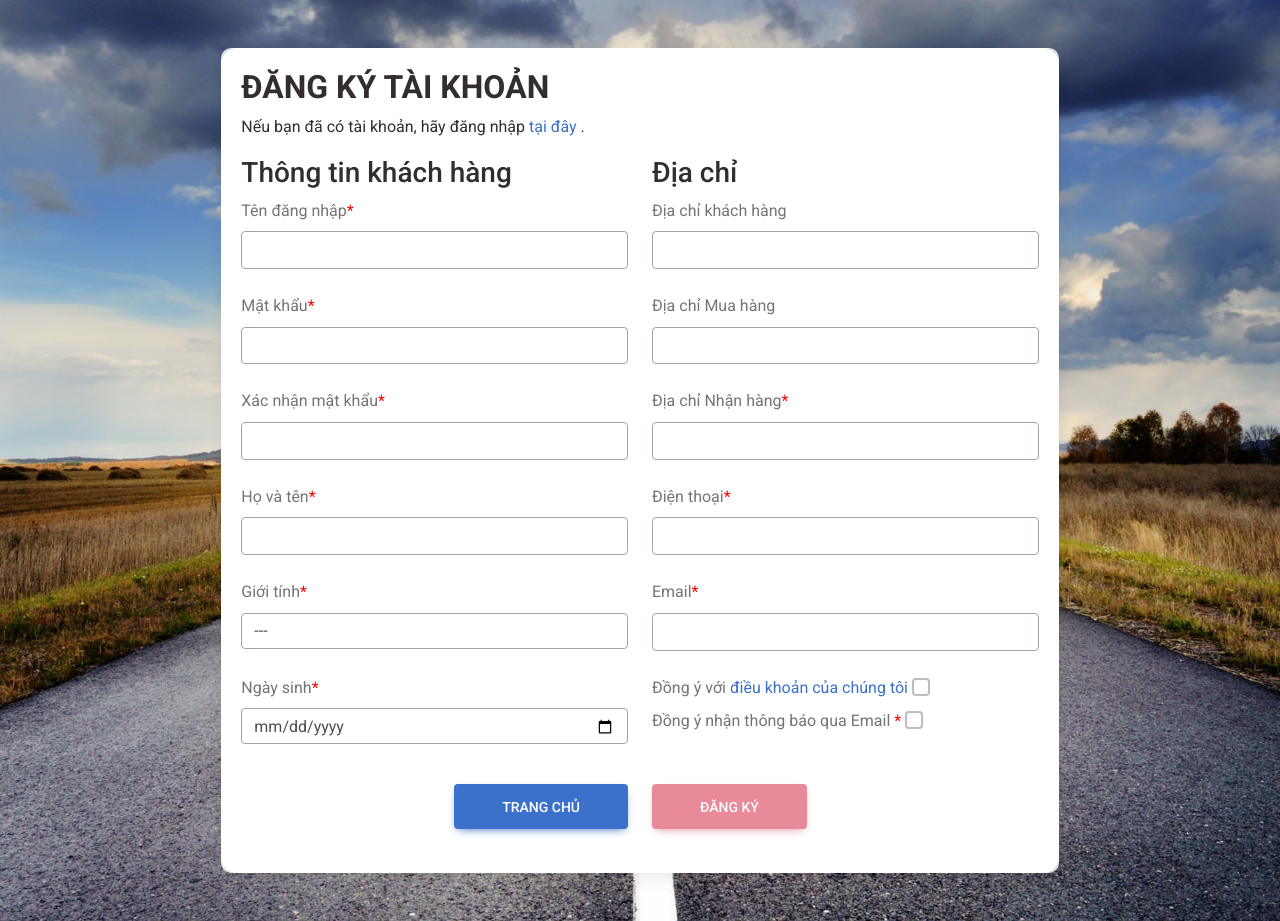
Repository: famtwendev/JSP_workspace
Page: http://localhost/Bai27_Bookstore14_Xacthuctaikhoan/KhachHang/dangky.jsp
The author's editor kept a copy of each file at every save. The page is drawn from the files as they stood at one save, then again after the next save.
The browser window is 1280 px wide. The pictures show the whole page.
The page is served by Tomcat 9. Other server files are loaded and not shown. The template is opened directly, without the code that normally fills it, so the values that code supplies are empty.

Above is the page before, as saved 2024-03-25 17:37:43.
Console error: SyntaxError: Cannot use import statement outside a module

### Bai27_Bookstore14_Xacthuctaikhoan/src/main/webapp/KhachHang/dangky.jsp
<%@page import="model.KhachHang"%>
<%@ page language="java" contentType="text/html; charset=UTF-8" pageEncoding="UTF-8"%>
<!DOCTYPE html>
<html>
<head>
<meta charset="UTF-8">
<meta name="viewport" content="width=device-width, initial-scale=1.0" shrink-to-fit=no">
<title>Thay đổi thông tin</title>

<!-- MDB icon -->
<link rel="icon" href="img/mdb-favicon.ico" type="image/x-icon" />
<!-- Font Awesome -->
<link rel="stylesheet"
	href="https://cdnjs.cloudflare.com/ajax/libs/font-awesome/6.0.0/css/all.min.css" />
<!-- Google Fonts Roboto -->
<link rel="stylesheet"
	href="https://fonts.googleapis.com/css2?family=Roboto:wght@300;400;500;700;900&display=swap" />
<%
String url = request.getScheme() + "://" + request.getServerName() + ":" + request.getServerPort()
		+ request.getContextPath();
%>
<!-- MAIN CSS -->
<link rel="stylesheet" href="<%=url%>/css/maincs.css">
<link rel="stylesheet" href="<%=url%>/css/mdb.min.css">

<%
// Thiết lập biến session để xác định rằng trang đã được chuyển hướng từ một trang khác
session.setAttribute("redirectedFromAnotherPage", true);
%>
</head>
<body>
	<%
	Object objKH = session.getAttribute("khachHang");
	KhachHang khachHang = null;
	if (objKH != null)
		khachHang = (KhachHang) objKH;
	if (khachHang != null) {
		response.sendRedirect("./index.jsp"); // Thay "index.jsp" bằng URL của trang chính
	} else {
	%>
	<!-- Section: Design Block -->
	<section>
		<%
		String e_email = request.getAttribute("e_email") + "";
		e_email = (e_email.equals("null")) ? "" : e_email;

		String e_emailFormat = request.getAttribute("e_emailFormat") + "";
		e_emailFormat = (e_emailFormat.equals("null")) ? "" : e_emailFormat;

		String e_tenDangNhap = request.getAttribute("e_tenDangNhap") + "";
		e_tenDangNhap = (e_tenDangNhap.equals("null")) ? "" : e_tenDangNhap;

		String e_matKhau = request.getAttribute("e_matKhau") + "";
		e_matKhau = (e_matKhau.equals("null")) ? "" : e_matKhau;

		String tenDangNhap = request.getAttribute("tenDangNhap") + "";
		tenDangNhap = (tenDangNhap.equals("null")) ? "" : tenDangNhap;

		String hoVaTen = request.getAttribute("hoVaTen") + "";
		hoVaTen = (hoVaTen.equals("null")) ? "" : hoVaTen;

		String gioiTinh = request.getAttribute("gioiTinh") + "";
		gioiTinh = (gioiTinh.equals("null")) ? "" : gioiTinh;

		String ngaySinh = request.getAttribute("ngaySinh") + "";
		ngaySinh = (ngaySinh.equals("null")) ? "" : ngaySinh;

		String diaChiKhachHang = request.getAttribute("diaChiKhachHang") + "";
		diaChiKhachHang = (diaChiKhachHang.equals("null")) ? "" : diaChiKhachHang;

		String diaChiMuaHang = request.getAttribute("diaChiMuaHang") + "";
		diaChiMuaHang = (diaChiMuaHang.equals("null")) ? "" : diaChiMuaHang;

		String diaChiNhanHang = request.getAttribute("diaChiNhanHang") + "";
		diaChiNhanHang = (diaChiNhanHang.equals("null")) ? "" : diaChiNhanHang;

		String dienThoai = request.getAttribute("dienThoai") + "";
		dienThoai = (dienThoai.equals("null")) ? "" : dienThoai;

		String email = request.getAttribute("email") + "";
		email = (email.equals("null")) ? "" : email;

		String dongYNhanEmail = request.getAttribute("dongYNhanEmail") + "";
		dongYNhanEmail = (dongYNhanEmail.equals("null")) ? "" : dongYNhanEmail;
		%>

		<!-- neu block thi dung <div class = "container py-4 vh-100">  -->
		<div class="card-body py-5 h-100">
			<div class="container-fluid d-flex justify-content-center align-items-center">
				<div class="col-12 col-md-8 col-lg-6 col-xl-8">
					<div class="card text-dark" style="border-radius: 1rem;">
						<form id="myForm" class="form needs-validation m-0" action="<%=url%>/khach-hang" method="post">
							<input type="hidden" name="hanhDong" value="dang-ky">
							<h2 class="fw-bold justify-content-center align-items-center">ĐĂNG KÝ TÀI KHOẢN</h2>
							<!-- 2 column grid layout with text inputs for the first and last names -->
							<p>
								Nếu bạn đã có tài khoản, hãy đăng nhập
								<a href="./dangnhap.jsp">tại đây</a>
								.
							</p>
							<div class="row">
								<div class="col-md-6 mb-4">
									<h3 class="mb-2">Thông tin khách hàng</h3>
									<div class="form-outline">
										<label for="tenDangNhap" class="form-label">Tên đăng nhập<span
											class="red">* <%=e_tenDangNhap%></span></label>
										<input type="text" class="form-control border border-secondary" id="tenDangNhap"
											name="tenDangNhap" required="required" value="<%=tenDangNhap%>">
									</div>
								</div>

								<div class="col-md-6 mb-4">
									<h3 class="mb-2">Địa chỉ</h3>
									<div class="form-outline">
										<label for="diaChiKhachHang" class="form-label">Địa chỉ khách hàng</label>
										<input type="text" class="form-control border border-secondary"
											id="diaChiKhachHang" name="diaChiKhachHang" value="<%=diaChiKhachHang%>">
									</div>
								</div>
							</div>


							<div class="row">
								<div class="col-md-6 mb-4">
									<div class="form-outline">
										<label for="matKhau" class="form-label">Mật khẩu<span class="red">* <%=e_matKhau%></span></label>
										<input type="password" class="form-control border border-secondary" id="matKhau"
											name="matKhau" required="required" onkeyup="kiemTraMatKhau()">
									</div>
								</div>
								<div class="col-md-6 mb-4">
									<div class="form-outline">
										<label for="diaChiMuaHang" class="form-label">Địa chỉ Mua hàng</label>
										<input type="text" class="form-control border border-secondary"
											id="diaChiMuaHang" name="diaChiMuaHang" value="<%=diaChiMuaHang%>">
									</div>
								</div>
							</div>


							<div class="row">
								<div class="col-md-6 mb-4">
									<div class="form-outline">
										<label for="matKhauNhapLai" class="form-label">Xác nhận mật khẩu<span
											class="red">*</span><span class="red" id="msg"></span>
										</label>
										<input type="password" class="form-control border border-secondary"
											id="matKhauNhapLai" name="matKhauNhapLai" required="required"
											onkeyup="kiemTraMatKhau()">
									</div>
								</div>
								<div class="col-md-6 mb-4">
									<div class="form-outline">
										<label for="diaChiNhanHang" class="form-label">Địa chỉ Nhận hàng<span
											class="red">*</span>
										</label>
										<input type="text" class="form-control border border-secondary"
											id="diaChiNhanHang" name="diaChiNhanHang" value="<%=diaChiNhanHang%>">
									</div>
								</div>
							</div>

							<div class="row">
								<div class="col-md-6 mb-4">
									<div class="form-outline">
										<label for="hoVaTen" class="form-label">Họ và tên<span class="red">*</span></label>
										<input type="text" class="form-control border border-secondary" id="hoVaTen"
											name="hoVaTen" value="<%=hoVaTen%>" required="required">
									</div>
								</div>
								<div class="col-md-6 mb-4">
									<div class="form-outline">
										<label for="dienThoai" class="form-label">Điện thoại<span class="red">*</span></label>
										<input type="tel" class="form-control border border-secondary" id="dienThoai"
											name="dienThoai" value="<%=dienThoai%>">
									</div>
								</div>
							</div>
							<div class="row">
								<div class="col-md-6 mb-4">
									<label for="gioiTinh" class="form-label">Giới tính<span class="red">*</span></label>
									<select class="form-control border border-secondary" id="gioiTinh"
										name="gioiTinh" required="required">
										<option selected disabled hidden>---</option>
										<option value="Nam" <%=(gioiTinh.equals("Nam")) ? "selected='selected'" : ""%>>Nam</option>
										<option value="Nữ" <%=(gioiTinh.equals("Nữ")) ? "selected='selected'" : ""%>>Nữ</option>
										<option value="Khác" <%=(gioiTinh.equals("Khác")) ? "selected='selected'" : ""%>>Khác</option>
									</select>
								</div>
								<div class="col-md-6 mb-4">
									<div class="form-outline">
										<label for="email" class="form-label">Email<span class="red">* <%=e_email%>
												<%=e_emailFormat%></span></label>
										<input type="email" class="form-control border border-secondary" id="email"
											name="email" value="<%=email%>">
									</div>
								</div>
							</div>
							<div class="row">
								<div class="col-md-6 mb-4">
									<label for="ngaySinh" class="form-label">Ngày sinh<span class="red">*</span></label>
									<input type="date" class="form-control border border-secondary" id="ngaySinh"
										name="ngaySinh" value="<%=ngaySinh%>" required="required">
								</div>
								<div class="col-md-6 mb-4">
									<div>
										<label for="dongYDieuKhoan" class="form-label">Đồng ý với <a href="#">điều
												khoản của chúng tôi </a>
										</label>
										<input type="checkbox" class="form-check-input" id="dongYDieuKhoan"
											name="dongYDieuKhoan">
									</div>

									<div>
										<label for="dongYNhanEmail" class="form-label">Đồng ý nhận thông báo qua
											Email <span class="red">*</span>
										</label>
										<input type="checkbox" class="form-check-input" id="dongYNhanEmail"
											name="dongYNhanEmail" <%=(dongYNhanEmail.equals("1")) ? "checked" : ""%>>
									</div>
								</div>
							</div>
							<div class="row justify-content-center align-items-center">
								<div class="col-md-6 mb-4" style="text-align: right;">
									<!-- Nút button về trang chủ -->
									<a href="../index.jsp" class="btn btn-primary btn-lg px-5 mt-3"> Trang chủ </a>
								</div>
								<!-- Sử dụng lưới bootstrap -->
								<div class="col-md-6 mb-4">
									<input class="btn btn-danger btn-lg px-5 mt-3" type="submit" value="Đăng ký"
										name="submit" id="submit" disabled>
								</div>
							</div>

						</form>
					</div>
				</div>
			</div>
		</div>
	</section>

	<!-- function js -->
	<script src="<%=url%>/js/mainjs.js"></script>

	<!-- MDB -->
	<script type="text/javascript" src="<%=url%>/js/mdb.umd.min.js"></script>
	<script type="text/javascript">// Initialization for ES Users
    import { Input, initMDB } from "mdb-ui-kit";
    initMDB({ Input });
</script>
	<%
	}
	%>
	<!-- Section: Design Block -->
	<!-- <script>
	function kiemTraMatKhau() {
		matKhau = document.getElementById("matKhau").value;
		matKhauNhapLai = document.getElementById("matKhauNhapLai").value;
		if (matKhau != matKhauNhapLai) {
			document.getElementById("msg").textContent = "  Mật khẩu không khớp!";
			return false;
		} else {
			document.getElementById("msg").textContent = "";
			return true;
		}
	}
</script>  -->
</body>
</html>

### Bai27_Bookstore14_Xacthuctaikhoan/src/main/webapp/css/maincs.css
@charset "UTF-8";
body {
	margin: 0;
	padding: 0;
	background-image: url(../img/background.jpg);
	/* Đường dẫn đến hình nền */
	background-size: cover;
}

.red {
	color: red;
}

form {
	background-color: rgba(255, 255, 255, 0.8); /* Màu nền trong suốt */
	margin-top: 5rem;
	padding: 20px;
	border-radius: 10px;
}

### Bai27_Bookstore14_Xacthuctaikhoan/src/main/webapp/js/mainjs.js
/**
 *
 */

// Gọi hàm kiểm tra dữ liệu khi tài liệu được tải hoàn toàn
document.addEventListener('DOMContentLoaded', function() {
    kiemTraDuLieu(); // Gọi hàm kiểm tra dữ liệu khi tài liệu được tải hoàn toàn

    // Gán sự kiện cho các phần tử HTML
    document.getElementById('tenDangNhap').addEventListener('keyup', kiemTraDuLieu);
    document.getElementById('matKhau').addEventListener('keyup', kiemTraDuLieu);
    document.getElementById('matKhauNhapLai').addEventListener('keyup', kiemTraDuLieu);
    document.getElementById('hoVaTen').addEventListener('keyup', kiemTraDuLieu);
    document.getElementById('gioiTinh').addEventListener('change', kiemTraDuLieu);
    document.getElementById('ngaySinh').addEventListener('change', kiemTraDuLieu);
    document.getElementById('diaChiNhanHang').addEventListener('keyup', kiemTraDuLieu);
    document.getElementById('dienThoai').addEventListener('keyup', kiemTraDuLieu);
    document.getElementById('email').addEventListener('keyup', kiemTraDuLieu);
    document.getElementById('dongYDieuKhoan').addEventListener('change', kiemTraDuLieu);
});

// Hàm kiểm tra dữ liệu
function kiemTraDuLieu() {
    // Kiểm tra dữ liệu và điều chỉnh thuộc tính disabled cho nút submit
    var tenDangNhap = document.getElementById('tenDangNhap').value;
    var matKhau = document.getElementById('matKhau').value;
    var matKhauNhapLai = document.getElementById('matKhauNhapLai').value;
    var hoVaTen = document.getElementById('hoVaTen').value;
    var gioiTinh = document.getElementById('gioiTinh').value;
    var ngaySinh = document.getElementById('ngaySinh').value;
    var diaChiNhanHang = document.getElementById('diaChiNhanHang').value;
    var dienThoai = document.getElementById('dienThoai').value;
    var email = document.getElementById('email').value;
    var dongYDieuKhoan = document.getElementById('dongYDieuKhoan').checked;


    if (tenDangNhap.trim() !== '' && matKhau.trim() !== '' && matKhauNhapLai.trim() !== '' &&
        hoVaTen.trim() !== '' && gioiTinh.trim() !== '' && ngaySinh.trim() !== '' &&
        diaChiNhanHang.trim() !== '' && dienThoai.trim() !== '' && email.trim() !== '' &&
        dongYDieuKhoan && kiemTraMatKhau()) {
        document.getElementById('submit').removeAttribute('disabled');
    } else {
        document.getElementById('submit').setAttribute('disabled', 'disabled');
    }
}


function kiemTraMatKhau() {
	matKhau = document.getElementById("matKhau").value;
	matKhauNhapLai = document.getElementById("matKhauNhapLai").value;
	if (matKhau != matKhauNhapLai) {
		document.getElementById("msg").textContent = "  Mật khẩu không khớp!";
		return false;
	} else {
		document.getElementById("msg").textContent = "";
		return true;
	}
}

Loaded but not shown: Bai27_Bookstore14_Xacthuctaikhoan/src/main/webapp/css/mdb.min.css (library); Bai27_Bookstore14_Xacthuctaikhoan/src/main/webapp/js/mdb.umd.min.js (library)

After the next save:
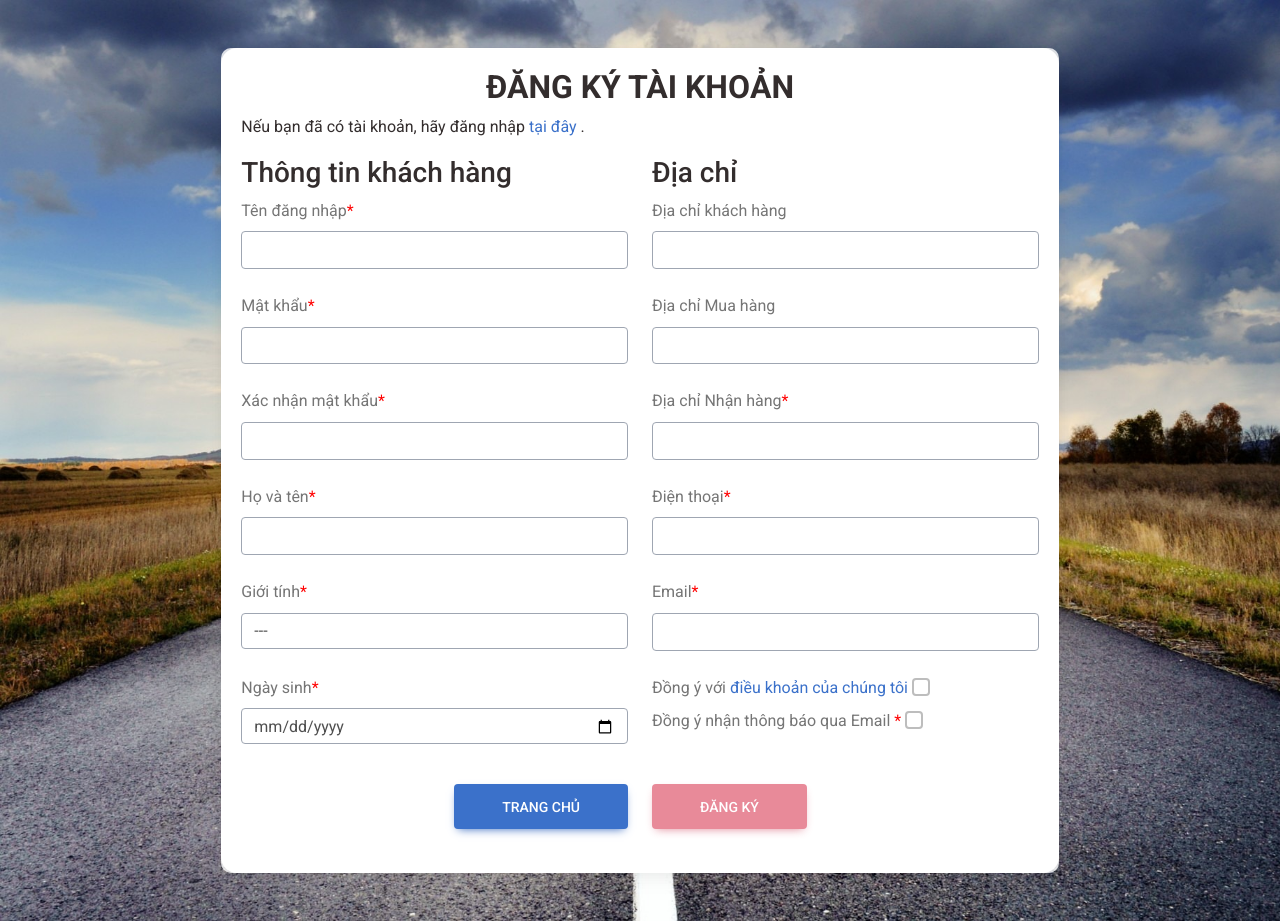
Saved 40 s later.
--- a/Bai27_Bookstore14_Xacthuctaikhoan/src/main/webapp/KhachHang/dangky.jsp
+++ b/Bai27_Bookstore14_Xacthuctaikhoan/src/main/webapp/KhachHang/dangky.jsp
@@ -91,7 +91,7 @@ session.setAttribute("redirectedFromAnotherPage", true);
 					<div class="card text-dark" style="border-radius: 1rem;">
 						<form id="myForm" class="form needs-validation m-0" action="<%=url%>/khach-hang" method="post">
 							<input type="hidden" name="hanhDong" value="dang-ky">
-							<h2 class="fw-bold justify-content-center align-items-center">ĐĂNG KÝ TÀI KHOẢN</h2>
+							<h2 class="fw-bold text-center">ĐĂNG KÝ TÀI KHOẢN</h2>
 							<!-- 2 column grid layout with text inputs for the first and last names -->
 							<p>
 								Nếu bạn đã có tài khoản, hãy đăng nhập
